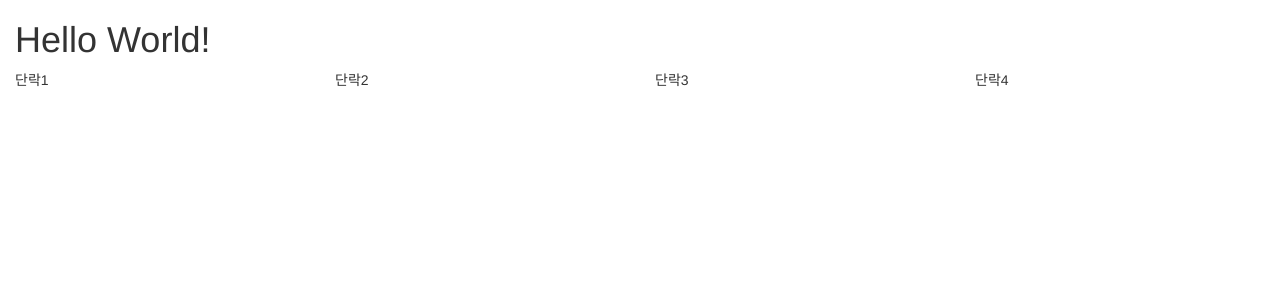
Repository: fhwang2/WEB
Page: 190708_Bootstrap/WebContent/test.html
The author's editor kept a copy of each file at every save. The page is drawn from the files as they stood at one save, then again after the next save.
The browser window is 1280 px wide. The pictures show the whole page.

Above is the page before, as saved 2019-07-08 02:50:29.

After the next save:
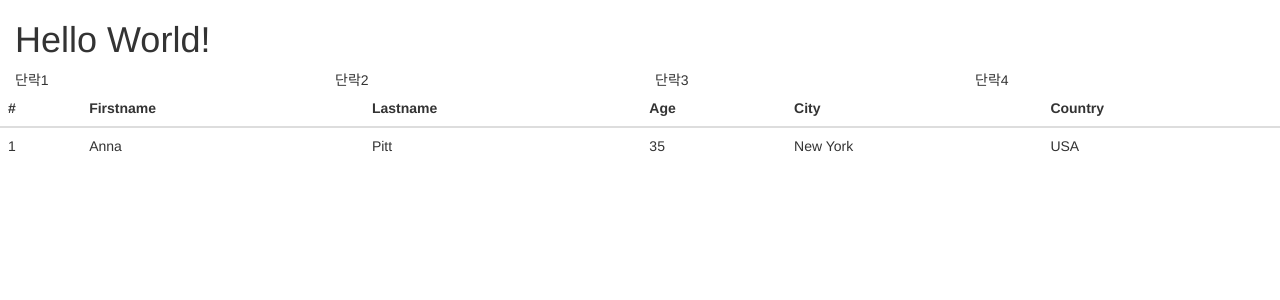
Saved 42 min 40 s later.
--- a/190708_Bootstrap/WebContent/test.html
+++ b/190708_Bootstrap/WebContent/test.html
@@ -23,6 +23,28 @@
 			<div class="col-sm-3">단락4</div>
 		</div>
 	</div>
+	<table class="table">
+    <thead>
+      <tr>
+        <th>#</th>
+        <th>Firstname</th>
+        <th>Lastname</th>
+        <th>Age</th>
+        <th>City</th>
+        <th>Country</th>
+      </tr>
+    </thead>
+    <tbody>
+      <tr>
+        <td>1</td>
+        <td>Anna</td>
+        <td>Pitt</td>
+        <td>35</td>
+        <td>New York</td>
+        <td>USA</td>
+      </tr>
+    </tbody>
+  </table>
 
 </body>
 </html>
